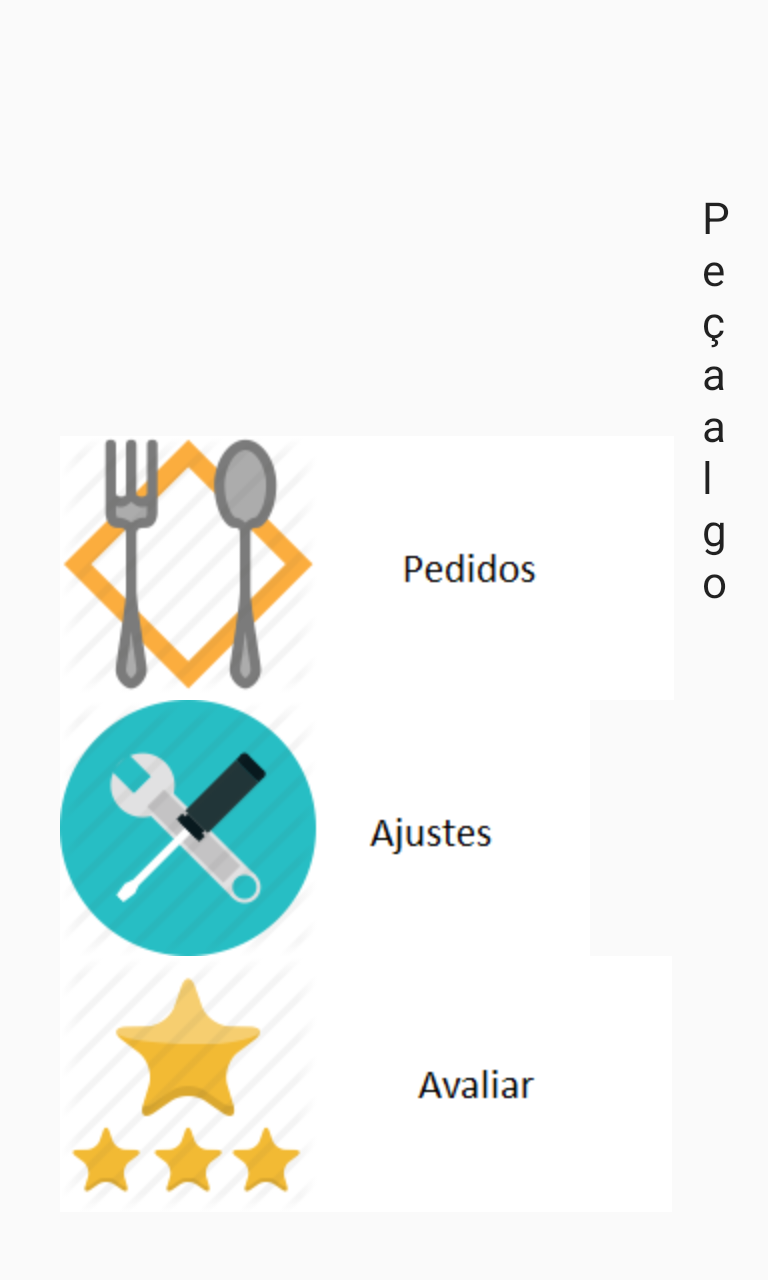
Repository: anzileiro/iot-mobilecup
Layout: iCinema/res/layout/activity_home.xml
These files come from the project's save history. The layout is drawn as it stood at one moment and after the next save; the edit follows.
It is drawn on a 768 x 1280 px phone screen (xhdpi) without system bars, with theme AppTheme; the app's code is not run.

Above is the layout before, as saved 2014-10-28 19:22:27.

### iCinema/res/layout/activity_home.xml
<RelativeLayout xmlns:android="http://schemas.android.com/apk/res/android"
    xmlns:tools="http://schemas.android.com/tools"
    android:layout_width="match_parent"
    android:layout_height="match_parent"
    android:paddingBottom="@dimen/activity_vertical_margin"
    android:paddingLeft="@dimen/activity_horizontal_margin"
    android:paddingRight="@dimen/activity_horizontal_margin"
    android:paddingTop="@dimen/activity_vertical_margin"
    tools:context="com.fiap.icinema.HomeActivity" >

    <ImageView
        android:id="@+id/imageView2"
        android:layout_width="wrap_content"
        android:layout_height="wrap_content"
        android:layout_above="@+id/imageView1"
        android:layout_alignParentLeft="true"
        android:layout_marginLeft="14dp"
        android:src="@drawable/menu" />

    <ImageView
        android:id="@+id/imageView1"
        android:layout_width="wrap_content"
        android:layout_height="wrap_content"
        android:layout_above="@+id/imageView3"
        android:layout_alignLeft="@+id/imageView2"
        android:src="@drawable/control" />

    <ImageView
        android:id="@+id/imageView3"
        android:layout_width="wrap_content"
        android:layout_height="wrap_content"
        android:layout_alignLeft="@+id/imageView1"
        android:layout_alignParentBottom="true"
        android:layout_marginBottom="18dp"
        android:src="@drawable/ranking" />

    <TextView
        android:id="@+id/textView1"
        android:layout_width="wrap_content"
        android:layout_height="wrap_content"
        android:layout_alignBottom="@+id/imageView2"
        android:layout_marginBottom="45dp"
        android:layout_marginLeft="14dp"
        android:layout_toRightOf="@+id/imageView2"
        android:text="Peça algo"
        android:textAppearance="?android:attr/textAppearanceLarge" />

</RelativeLayout>

Loaded but not shown: iCinema/res/values/styles.xml (common file); iCinema/res/values-v11/styles.xml (common file); iCinema/res/values-v14/styles.xml (common file); iCinema/res/values/dimens.xml (common file); iCinema/res/values-w820dp/dimens.xml (common file)

After the next save:
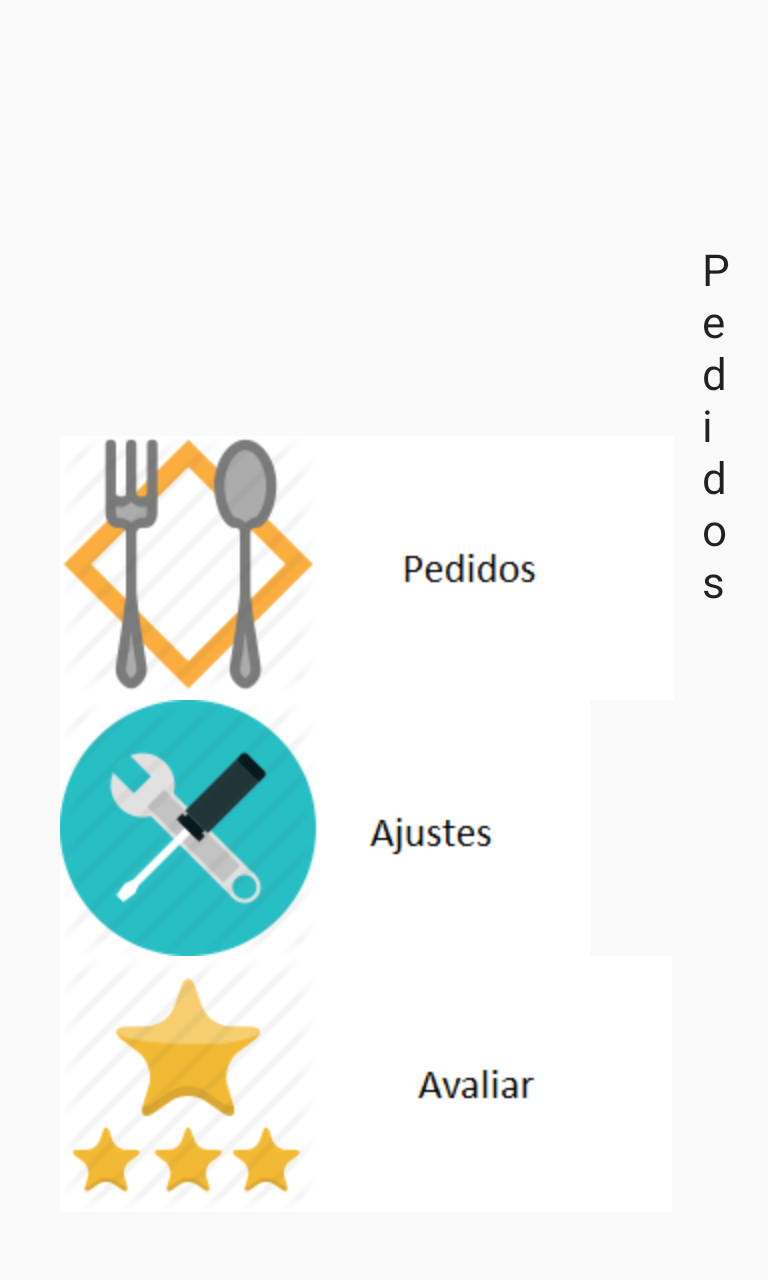
Saved 7 s later.
--- a/iCinema/res/layout/activity_home.xml
+++ b/iCinema/res/layout/activity_home.xml
@@ -42,7 +42,7 @@
         android:layout_marginBottom="45dp"
         android:layout_marginLeft="14dp"
         android:layout_toRightOf="@+id/imageView2"
-        android:text="Peça algo"
+        android:text="Pedidos"
         android:textAppearance="?android:attr/textAppearanceLarge" />
 
 </RelativeLayout>
